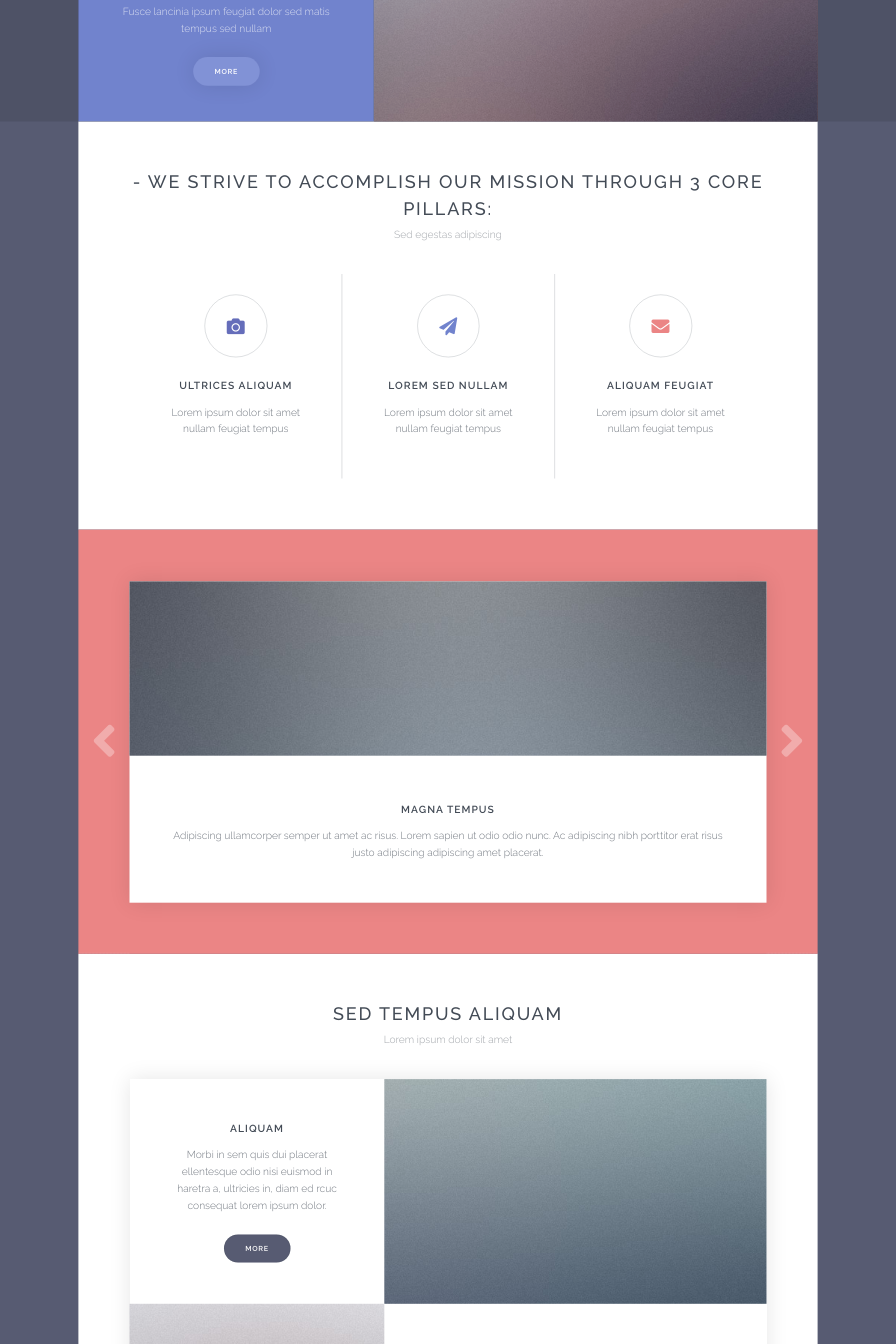
Repository: Roshanell/Houston-women-in-tech
Page: index.html
An editor plug-in stored every save of this project. The page is shown before and after a run of saves, followed by the edit.
The browser window is 1280 px wide. The pictures show the part of the page from y = 611 to 2531 px (the page is 3655 px tall before and 3598 px after), at 70% of full size.

Above is the page before, as saved 2022-12-11 15:52:49.

### index.html
<!DOCTYPE HTML>

<html>
	<head>
		<title>Texas Women In Tech</title>
		<meta charset="utf-8" />
		<meta name="viewport" content="width=device-width, initial-scale=1, user-scalable=no" />
		<link rel="stylesheet" href="assets/css/main.css" />
	</head>
	<body class="is-preload">

		<!-- Page Wrapper -->
			<div id="page-wrapper">

				<!-- Wrapper -->
					<div class="wrapper">
						<div class="inner">

							<!-- Header -->
								<header id="header">
									<a href="index.html" class="logo">Altitude <span>by Pixelarity</span></a>
									<nav>
										<ul>
											<li><a href="#menu">Menu</a></li>
										</ul>
									</nav>
								</header>

							<!-- Nav -->
								<nav id="menu">
									<ul class="links">
										<li><a href="index.html">Home</a></li>
										<li><a href="generic.html">Generic</a></li>
										<li><a href="elements.html">Elements</a></li>
									</ul>
									<ul class="actions stacked">
										<li><a href="#" class="button primary fit">Sign Up</a></li>
										<li><a href="#" class="button fit">Log In</a></li>
									</ul>
								</nav>

							<!-- Banner -->
								<section id="banner">
									<div class="items">
										<section class="accent2">
											<h1>Our Mission</h1>
											<p>Texas Women in Tech is on a mission to empower women and contribute to sustainability in Texas, by investing in the skills of women in technology.
											<br>
											We are a volunteer run organization of Texas women in technology that desire meaningful connections with other women in tech, that are seeking to inspire and be inspired, and who are interested in elevating ourselves and each other.
												</p>
											<ul class="actions special">
												<li><a href="#" class="button primary">Join Our Cause</a></li>
											</ul>
										</section>
										<section class="accent3">
											<h1>Amet magna</h1>
											<p>Fusce lancinia ipsum feugiat dolor sed matis tempus sed nullam</p>
											<ul class="actions special">
												<li><a href="#" class="button primary">More</a></li>
											</ul>
										</section>
									</div>
									<div class="slider">
										<article>
											<img src="images/pic01.jpg" alt="" data-position="bottom right" />
										</article>
										<article>
											<img src="images/pic02.jpg" alt="" data-position="bottom right" />
										</article>
										<article>
											<img src="images/pic03.jpg" alt="" data-position="top left" />
										</article>
									</div>
								</section>

						</div>
					</div>

				<!-- Wrapper -->
					<div class="wrapper">
						<div class="inner">

							<!-- Section -->
								<section class="main">
									<header class="major">
										<h2>-	We strive to accomplish our mission through 3 core pillars:</h2>
										<p>Sed egestas adipiscing</p>
									</header>
									<div class="features">
										<section>
											<span class="icon solid fa-camera major accent2"></span>
											<h3>Ultrices aliquam</h3>
											<p>Lorem ipsum dolor sit amet nullam feugiat tempus</p>
										</section>
										<section>
											<span class="icon solid fa-paper-plane major accent3"></span>
											<h3>Lorem sed nullam</h3>
											<p>Lorem ipsum dolor sit amet nullam feugiat tempus</p>
										</section>
										<section>
											<span class="icon solid fa-envelope major accent4"></span>
											<h3>Aliquam feugiat</h3>
											<p>Lorem ipsum dolor sit amet nullam feugiat tempus</p>
										</section>
									</div>
								</section>

							<!-- Section -->
								<section class="carousel accent4">
									<article>
										<div class="image"><img src="images/pic04.jpg" alt="" data-position="center" /></div>
										<div class="content">
											<h3>Magna tempus</h3>
											<p>Adipiscing ullamcorper semper ut amet ac risus. Lorem sapien ut odio odio nunc. Ac adipiscing nibh porttitor erat risus justo adipiscing adipiscing amet placerat.</p>
										</div>
									</article>
									<article>
										<div class="image"><img src="images/pic05.jpg" alt="" data-position="center" /></div>
										<div class="content">
											<h3>Consequat ipsum</h3>
											<p>Sapien a lorem in integer ornare praesent commodo adipiscing arcu in massa commodo lorem accumsan at odio massa ac ac. Semper adipiscing varius accumsan.</p>
										</div>
									</article>
									<article>
										<div class="image"><img src="images/pic06.jpg" alt="" data-position="center" /></div>
										<div class="content">
											<h3>Magna tempus</h3>
											<p>Volutpat eu sed ante lacinia sapien lorem accumsan varius montes viverra nibh in adipiscing blandit tempus accumsan lorem ipsum dolor sit amet nullam aliquam.</p>
										</div>
									</article>
									<nav>
										<a href="#" class="previous"><span class="label">Previous</span></a>
										<a href="#" class="next"><span class="label">Next</span></a>
									</nav>
								</section>

							<!-- Section -->
								<section class="main">
									<header class="major">
										<h2>Sed tempus aliquam</h2>
										<p>Lorem ipsum dolor sit amet</p>
									</header>
									<div class="spotlights">
										<article>
											<div class="image"><img src="images/pic07.jpg" alt="" data-position="center" /></div>
											<div class="content">
												<h3>Aliquam</h3>
												<p>Morbi in sem quis dui placerat ellentesque odio nisi euismod in haretra a, ultricies in, diam ed rcuc consequat lorem ipsum dolor.</p>
												<ul class="actions special">
													<li><a href="#" class="button primary">More</a></li>
												</ul>
											</div>
										</article>
										<article>
											<div class="image"><img src="images/pic08.jpg" alt="" data-position="center" /></div>
											<div class="content">
												<h3>Pellentesque fermentum</h3>
												<p>Eed egestas, ante et vulputate volutpat, eros pede semper est, vitae luctus metus libero eu augue. Morbi purus libero, faucibus adipiscing, commodo quis, gravida id, est. Sed lectus. Praesent elementum lorem ipsum blandid sti amet velvelit.</p>
												<ul class="actions special">
													<li><a href="#" class="button primary">More</a></li>
												</ul>
											</div>
										</article>
									</div>
								</section>

						</div>
					</div>

				<!-- Wrapper -->
					<div class="wrapper">
						<div class="inner">

							<!-- Section -->
								<section class="main accent2">
									<header class="major">
										<h2>Get notified</h2>
										<p>Lorem ipsum dolor sit amet nullam feugiat tempus</p>
									</header>
									<form method="post" action="#" class="combined">
										<input type="email" name="email" id="email" placeholder="Email address" class="invert" />
										<input type="submit" class="primary" value="Sign Up" />
									</form>
								</section>

							<!-- Footer -->
								<footer id="footer">
									<section class="links">
										<div>
											<h3>Magna</h3>
											<ul class="plain">
												<li><a href="#">Aliquam tempus</a></li>
												<li><a href="#">Ultrecies nul</a></li>
												<li><a href="#">Gravida ultricies</a></li>
												<li><a href="#">Commodo etiam</a></li>
											</ul>
										</div>
										<div>
											<h3>Feugiat</h3>
											<ul class="plain">
												<li><a href="#">Morbi sem lorem</a></li>
												<li><a href="#">Praes sed dapi</a></li>
												<li><a href="#">Sed adipis nullam</a></li>
												<li><a href="#">Fus dolor lacinia</a></li>
											</ul>
										</div>
										<div>
											<h3>Tempus</h3>
											<ul class="plain">
												<li><a href="#">Donecnec etiam</a></li>
												<li><a href="#">Aapibus sedun</a></li>
												<li><a href="#">Namnulla tempus</a></li>
												<li><a href="#">Morbi set amet</a></li>
											</ul>
										</div>
										<div>
											<h3>Aliquam</h3>
											<ul class="plain">
												<li><a href="#">Lorem prasent dia</a></li>
												<li><a href="#">Nellentes ipsum</a></li>
												<li><a href="#">Diamsed arcu dolor</a></li>
												<li><a href="#">Sit amet cursus</a></li>
											</ul>
										</div>
									</section>
									<ul class="contact-icons">
										<li class="icon solid fa-home">1234 Fictional Street #5432 Nashville, TN 00000-0000</li>
										<li class="icon solid fa-phone"><a href="#">(000) 000-0000</a></li>
										<li class="icon solid fa-envelope"><a href="#">info@untitled.tld</a></li>
									</ul>
									<p class="copyright">&copy; Untitled. All rights reserved.</p>
								</footer>

						</div>
					</div>

			</div>

		<!-- Scripts -->
			<script src="assets/js/jquery.min.js"></script>
			<script src="assets/js/browser.min.js"></script>
			<script src="assets/js/breakpoints.min.js"></script>
			<script src="assets/js/util.js"></script>
			<script src="assets/js/main.js"></script>

	</body>
</html>

Loaded but not shown: assets/js/jquery.min.js (library); assets/js/browser.min.js (common file); assets/js/breakpoints.min.js (common file); assets/css/fontawesome-all.min.css (library); assets/js/util.js (587 lines, source omitted); assets/js/main.js (337 lines, source omitted); assets/css/main.css (5511 lines, source omitted)

After the next 2 saves:
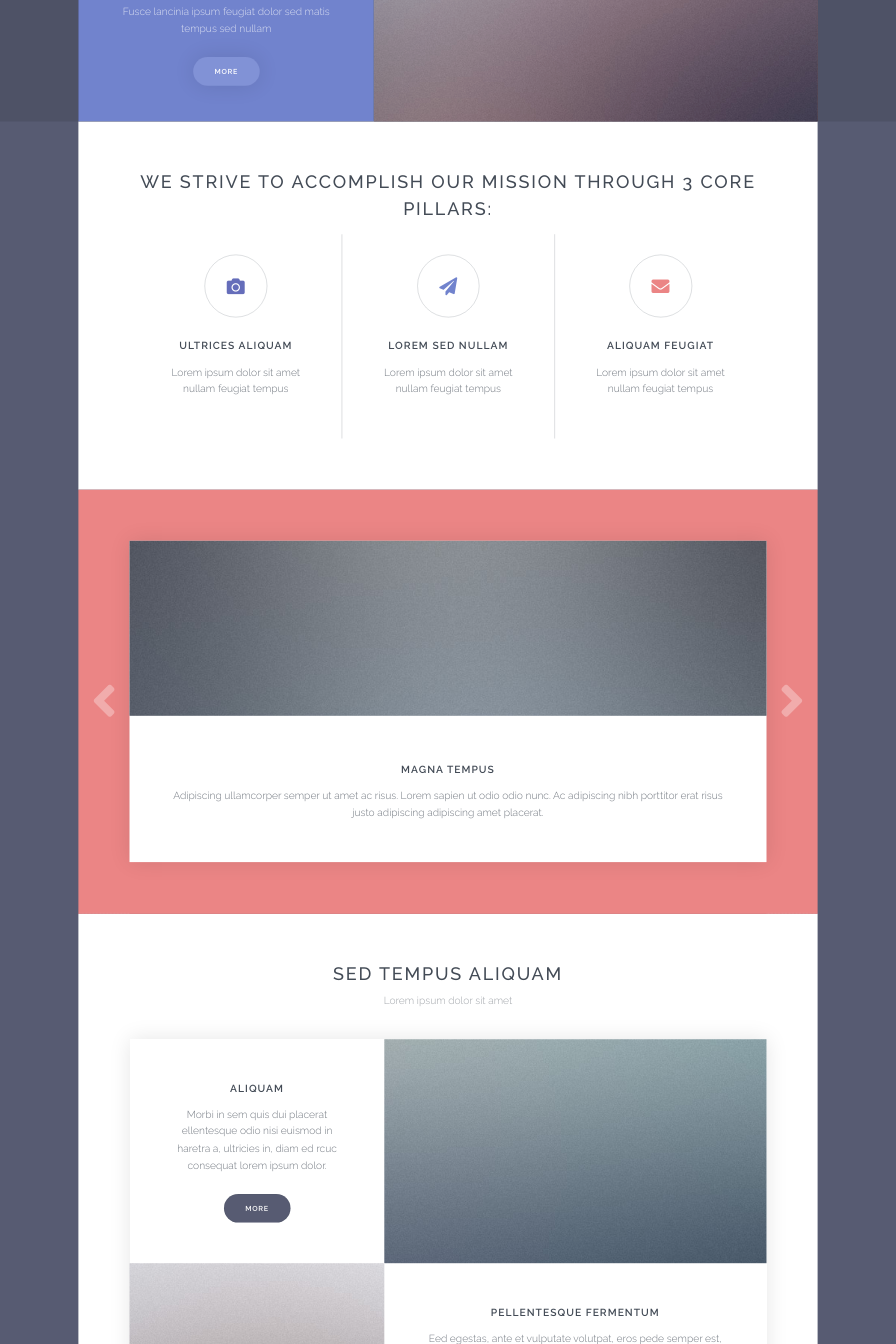
The 2 saves are shown as one change because they came seconds apart.
The last was saved 33 s later.
--- a/index.html
+++ b/index.html
@@ -83,8 +83,7 @@
 							<!-- Section -->
 								<section class="main">
 									<header class="major">
-										<h2>-	We strive to accomplish our mission through 3 core pillars:</h2>
-										<p>Sed egestas adipiscing</p>
+										<h2>We strive to accomplish our mission through 3 core pillars:</h2>
 									</header>
 									<div class="features">
 										<section>
